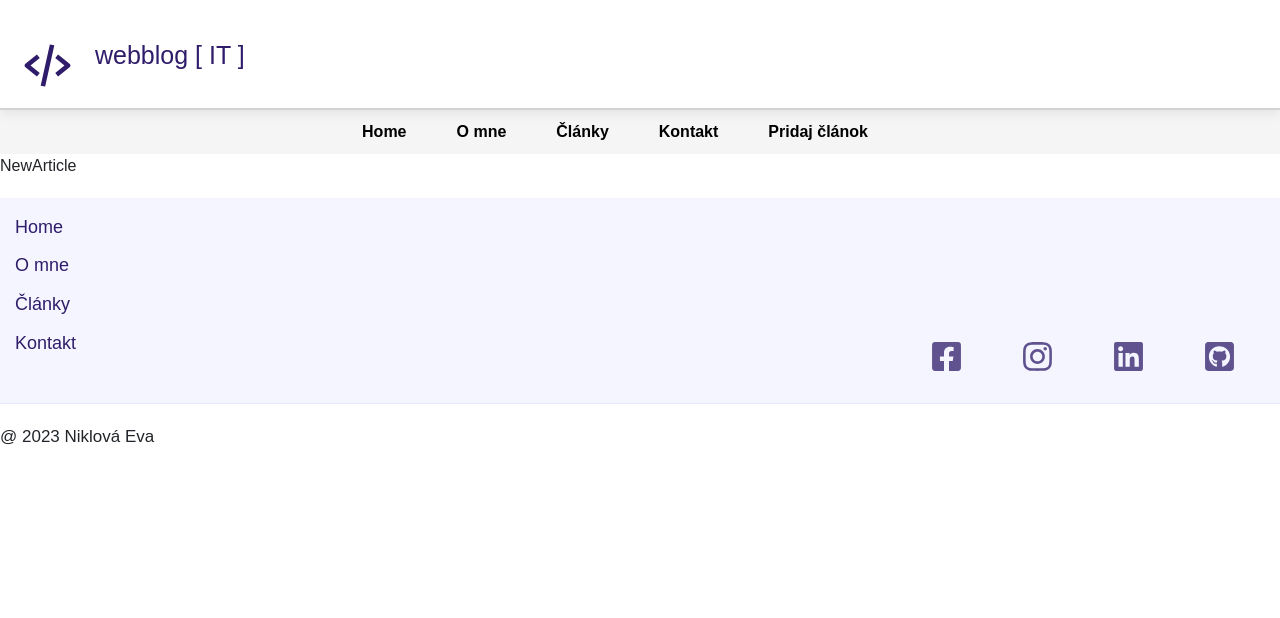
Repository: eniklova/github-bl
Page: /newarticel
The author's editor kept a copy of each file at every save. The page is drawn from the files as they stood at one save, then again after the next save.
The browser window is 1280 px wide. The pictures show the whole page.
Some web fonts or font styles are not loaded; a fallback is used. The project was rebuilt for these pictures with package versions that can differ from the ones it lists, and the page was loaded fresh each time. Also part of the build but not shown: src/services/api.js, src/components/ArticleList.js, src/components/HeroSlider.css, src/components/HeroSlider.js, src/pages/Home.js, src/pages/Aboutme.js, src/data.js, src/pages/Articles.js and 3 more.

Above is the page before, as saved 2023-10-09 14:42:08.

### public/index.html
<!DOCTYPE html>
<html lang="cs">
<head>
    <meta charset="UTF-8">
    <meta http-equiv="X-UA-Compatible" content="IE=edge">
    <meta name="viewport" content="width=device-width, initial-scale=1.0">
    <link rel="stylesheet" href="https://use.typekit.net/ovu8btr.css">
    <title>Document</title>
</head>
<body>
    <div id="result">

    </div>
</body>
</html>

### src/index.js
import { createRoot } from 'react-dom/client';
import 'bootstrap/dist/css/bootstrap.min.css';

import './index.css';
import App from './App';


const container = document.getElementById('result')
const root = createRoot(container)
root.render(<App tab="home" />)

### src/App.js
import {BrowserRouter, Routes, Route} from "react-router-dom"
import Home from "./pages/Home"
import Aboutme from "./pages/Aboutme"
import Articles from "./pages/Articles"
import Kontakt from "./pages/Kontakt"
import Error from "./pages/Error"
import NewArticel from "./pages/NewArticel"
import SharedLayout from "./pages/SharedLayout"
import OneArticel from "./components/OneArticel"


const App = () =>  {
  return  <BrowserRouter>
    <Routes>

      <Route path="/" element={ <SharedLayout /> } >
        <Route index element={ <Home /> }  />
        <Route path="/aboutme" element={ <Aboutme /> } />
        <Route path="/articles" element={ <Articles />} />
        <Route path="/all-articles/:articleID" element={ <OneArticel />} />
        <Route path="/kontakt" element={ <Kontakt />} />
        <Route path="/newarticel" element={ <NewArticel />} />
        <Route path="*" element={ <Error /> }/>
      </Route>

    </Routes>
  </BrowserRouter>
}

export default App

### src/pages/NewArticel.js
import React from 'react';
import ArticleForm from '../components/OneArticel';

function NewArticle() {
  return (
    <div>
      <div>NewArticle</div>

    </div>
  );
}

export default NewArticle;

### src/pages/SharedLayout.js
import { Outlet } from "react-router-dom";
import Navbar from "../components/Navbar";
import Footer from "../components/Footer";


const SharedLayout = () => {
  return <>
        <Navbar/>
        <Outlet/>
        <Footer/>
    </>
 }

export default SharedLayout

### src/components/Navbar.js
import { NavLink } from "react-router-dom";
import { GiHamburgerMenu } from "react-icons/gi";
import { BiCodeAlt } from "react-icons/bi";
import "./Navbar.css";
import { useState } from "react";

const Navbar = () => {
  const [ showMenu, setShowMenu ] = useState(false)



  return (
    <header className="header">
      <div className="navigation">
        <div className="nav-header">
          <i className="logo-icon">
            <BiCodeAlt />
          </i>
          <h1 className="logo-title">
            <a href="/" rel="home">webblog [ IT ]</a>
          </h1>
          <button onClick={() => setShowMenu(!showMenu) }>
            <GiHamburgerMenu className="hamburger-icon" />
          </button>
        </div>
      </div>

      <div className={`${showMenu ? "nav-menu show" : "nav-menu hide"}`}>

        <NavLink to="/" className={ ({isActive}) => isActive ? "activeLink link" : "nonactiveLink link"}>Home</NavLink>
        <NavLink to="aboutme" className={ ({isActive}) => isActive ? "activeLink link" : "nonactiveLink link"}>O mne</NavLink>
        <NavLink to="articles" className={ ({isActive}) => isActive ? "activeLink link" : "nonactiveLink link"}>Články</NavLink>
        <NavLink to="kontakt" className={ ({isActive}) => isActive ? "activeLink link" : "nonactiveLink link"}>Kontakt</NavLink>
        <NavLink to="newarticle" className={ ({isActive}) => isActive ? "activeLink link" : "nonactiveLink link"}>Pridaj článok</NavLink>
      </div>
    </header>
  );
}

export default Navbar;

### src/components/Footer.js
import "./Footer.css"
import { NavLink } from "react-router-dom";
import { FaFacebookSquare, FaGithubSquare, FaInstagram, FaLinkedin } from 'react-icons/fa';





const Footer = () => {
    return <footer>
    <section className="footer">
        <div className="social">
        <a href="https://www.facebook.com/niklova/"><FaFacebookSquare className="icon-facebook"></FaFacebookSquare></a>
        <a href="https://www.instagram.com/e.nial/"><FaInstagram className="icon-instagram"></FaInstagram></a>
        <a href="https://www.linkedin.com/in/eva-niklov%C3%A1-b4b381272/"><FaLinkedin className="icon-linkedin"></FaLinkedin></a>
        <a href="https://github.com/eniklova"><FaGithubSquare className="icon-github"></FaGithubSquare></a>
      </div>

      <ul className="list">
          <li>
            <NavLink to="/">Home</NavLink>
          </li>
          <li>
            <NavLink to="aboutme">O mne</NavLink>
          </li>
          <li>
            <NavLink to="articles">Články</NavLink>
          </li>
          <li>
            <NavLink to="aboutme">Kontakt</NavLink>
          </li>

        </ul>

    </section>

    <p className="copyright">
    @ 2023  Niklová Eva
    </p>
    </footer>


  }


export default Footer;

### src/components/Navbar.css
* {
    margin: 0;
    padding: 0;
    box-sizing: border-box;
    font-family: "muli", sans-serif;
    font-style: normal;
  }

  /* Do 700px */
  nav {
    background-color: white;
  }

  .navigation {
    display: flex;
    flex-direction: row;
    justify-content: space-between;
    align-items: center;
    box-shadow: 0 4px 10px rgba(0, 0, 0, 0.08);
    border-bottom: 2px solid #0000002c;
    }

  .nav-header {
    display: flex;
    flex-direction: row;
    justify-content: space-between;
    align-items: center;
    min-height: 70px;
  }

  .logo-icon {
    font-size: 55px;
    padding: 5px;
    color: #2F1C6A;
    margin: 15px 0px 0px 15px;
  }

  .logo-title a {
    margin: 25px 10px 15px 10px;
    font-size: 25px;
    padding: 5px;
    color: #2F1C6A;
    text-decoration: none;
  }

  .nav-header button {
    display: none;
  }

  .nav-menu {
    display: flex;
    background-color: rgba(169, 169, 169, 0.119);
    flex-direction: row;
    justify-content: center;
    align-items: center;
    padding: 10px;
  }

  .nav-menu a {
    margin-right: 50px;
    font-family: "muli", sans-serif;
    font-weight: bold;
    text-decoration: none;
    }

  .activeLink {
    color: #2F1C6A;
  }


  .nonactiveLink {
    color: black
  }


  @media (max-width: 700px) {
    .navigation {
      flex-direction: column;
      justify-content: center;
      align-items: flex-start;
    }

    .nav-menu {
      width: 100%;
      padding: 10px 5px;
      flex-direction: column;
    }

    .nav-menu a {
      width: 100%;
      margin-right: 0;
      margin-bottom: 10px;
    }

    .nav-header button {
      display: block;
      background-color: transparent;
      border: none;
    }

    .nav-header {
      width: 100%;
    }

    .hamburger-icon {
      color: #301c6a61;
      font-size: 25px;
      margin-right: 20px;
    }

  .hide {
  height: 0px;
  overflow: hidden;
  transition: all 0.1s linear;
  }

  .show {
    height: 150px;
    transition: all 0.1s linear;
  }
  }

### src/components/Footer.css


.footer {
    padding: 25px 0;
    margin-top: 20px;
    background-color: #f4f5ff;
    display: flex;
    justify-content: space-between;
    align-items: flex-end;
    position: relative;
}

.footer .social {
    position: absolute;
    transition: height 600ms ease 0s;
    overflow: hidden;
    max-width: 600px;
    text-align: right;
    padding-bottom: 15px;
    color: #2F1C6A;
    right: 15px;
    bottom: 15px;
}

.footer .social a {
    font-size: 33px;
    color: inherit;
    width: 35px;
    height: 20px;
    line-height: 30px;
    display: inline-block;
    text-align: center;
    margin: 0 28px;
    opacity: 0.75;
}

.footer .social a:hover {
    opacity: 1.75;
}

.footer ul {
    margin-top: 0;
    padding: 0;
    list-style: none;
    font-size: 18px;
    line-height: 1.6;
    margin-bottom: 0;
    text-align: left;
    color: #2F1C6A;
    position: relative;
    left: 15px;
    bottom: 15px;
}

.footer ul li a {
    color: inherit;
    text-decoration: none;
    opacity: 1.75;
}

.footer ul li {
    display: block;
    padding: 5px 0;
}

.footer ul li a:hover {
    opacity: 1;
}

.copyright {
    text-align: center;
    font-size: 17px;
    display: flex;
    flex-wrap: wrap;
    border-top: solid 1px rgba(140, 133, 255, 0.2);
    padding: 20px 0;
    justify-content: space-between;
}

### src/components/ArticleForm.js
// ArticleForm.js
import React, { useState } from 'react';

function ArticleForm() {
  const [formData, setFormData] = useState({
    title: '',
    perex: '',
    content: '',
    author: '',
    published_at: '',
  });

  const handleChange = (e) => {
    const { name, value } = e.target;
    setFormData({
      ...formData,
      [name]: value,
    });
  };

  const handleSubmit = async (e) => {
    e.preventDefault();

    const headers = {
      'Content-Type': 'application/json',
      Accept: 'application/json',
    };

    try {
      const response = await fetch('https://test-api-79d35.ondigitalocean.app/article', {
        method: 'POST',
        headers: headers,
        body: JSON.stringify(formData),
      });

      if (response.ok) {
        console.log('Článok bol úspešne vytvorený');
      } else {
        console.error('Chyba pri vytváraní článku');
      }
    } catch (error) {
      console.error('Chyba pri komunikácii s API:', error);
    }
  };

  return (
    <div>
      <h2>Vytvoriť článok</h2>
      <form onSubmit={handleSubmit}>
        {/* Zde vložte formulářové prvky pro název, perex, obsah, autora a datum publikace */}
        {/* Například: */}
        <div>
          <label htmlFor="title">Názov:</label>
          <input
            type="text"
            id="title"
            name="title"
            value={formData.title}
            onChange={handleChange}
          />
        </div>
        {/* Další formulářové prvky */}
        {/* ... */}

        <div>
          <button type="submit">Vytvoriť článok</button>
        </div>
      </form>
    </div>
  );
}

export default ArticleForm;

Loaded but not shown: src/index.css (common file)

After the next save:
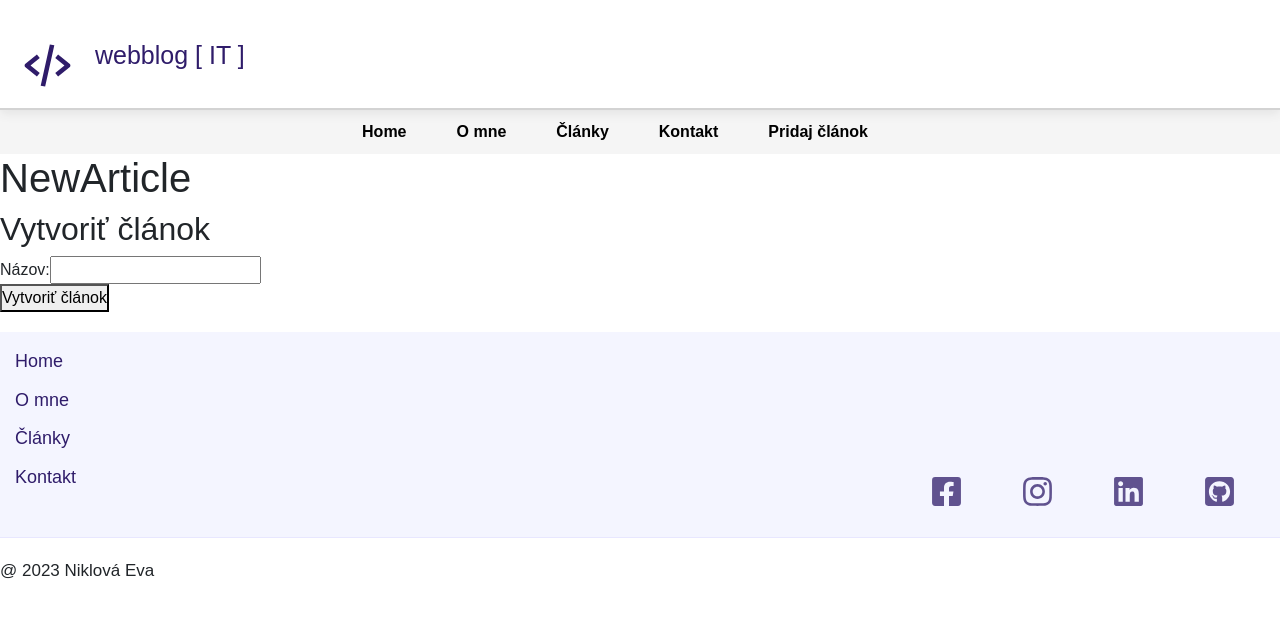
Saved 36 s later.
--- a/src/pages/NewArticel.js
+++ b/src/pages/NewArticel.js
@@ -1,11 +1,11 @@
 import React from 'react';
-import ArticleForm from '../components/OneArticel';
+import ArticleForm from '../components/ArticleForm';
 
 function NewArticle() {
   return (
     <div>
-      <div>NewArticle</div>
-
+      <h1>NewArticle</h1>
+      <ArticleForm />
     </div>
   );
 }
